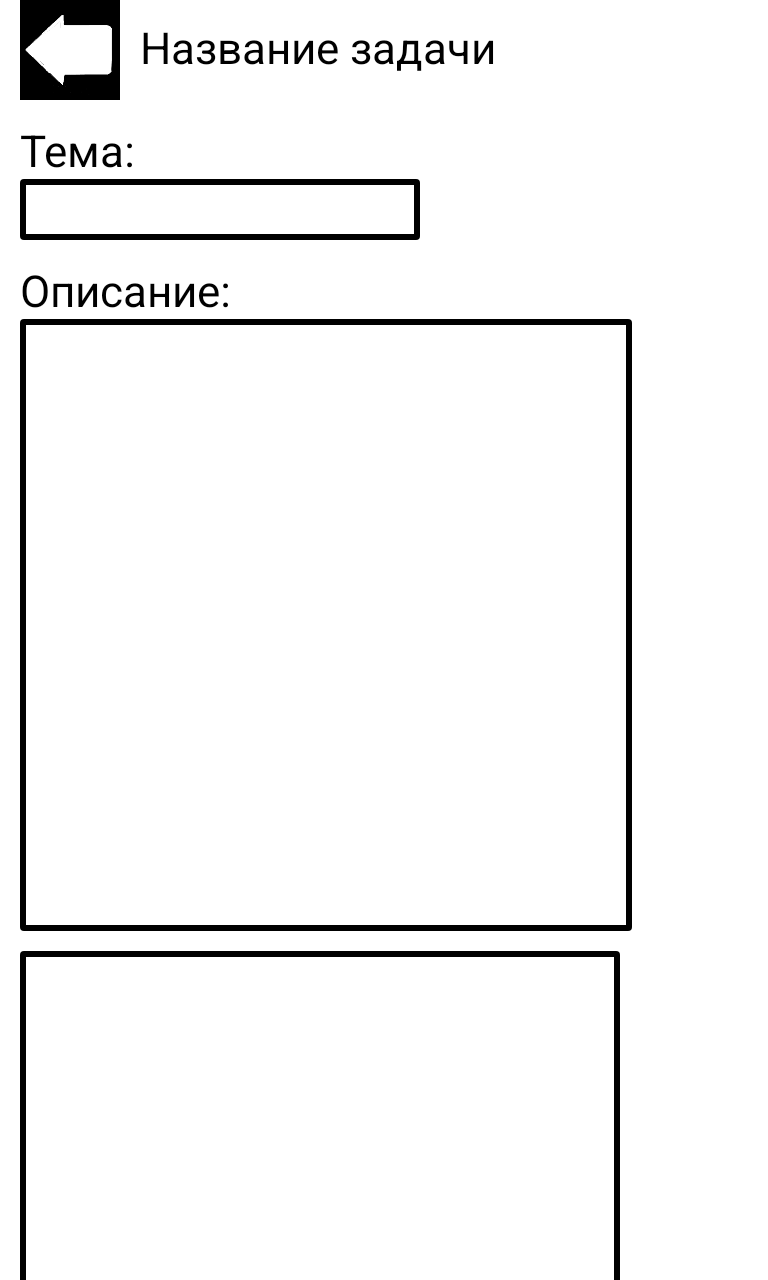
Repository: webguild/RedmineMobile
Layout: Android/RedmineAndroid/res/layout/project_add_task.xml
These files come from the project's save history. The layout is drawn as it stood at one moment and after a run of saves; the edit follows.
It is drawn on a 768 x 1280 px phone screen (xhdpi) without system bars, with theme AppTheme; the app's code is not run. Lists and similar views that code fills are empty.

Above is the layout before, as saved 2013-01-18 10:56:25.

### Android/RedmineAndroid/res/layout/project_add_task.xml
<?xml version="1.0" encoding="utf-8"?>
<LinearLayout xmlns:android="http://schemas.android.com/apk/res/android"
    android:layout_width="match_parent"
    android:layout_height="match_parent"
    android:orientation="vertical"
    android:paddingLeft="10dp" >


    <LinearLayout
        android:layout_width="match_parent"
        android:layout_height="wrap_content" >

        <Button
            android:id="@+id/button1"
            android:layout_width="50dp"
            android:layout_height="50dp"
            android:background="@drawable/backbutton" />

        <TextView
            android:id="@+id/textView1"
            android:layout_width="wrap_content"
            android:layout_height="wrap_content"
            android:layout_marginLeft="10dp"
            android:text="Название задачи"
            android:textAppearance="?android:attr/textAppearanceLarge" />

    </LinearLayout>

    <TextView
        android:id="@+id/textView2"
        android:layout_width="wrap_content"
        android:layout_height="wrap_content"
        android:layout_marginTop="10dp"
        android:text="Тема:"
        android:textAppearance="?android:attr/textAppearanceLarge" />

    <LinearLayout
        android:layout_width="410dp"
        android:layout_height="wrap_content" >

        <LinearLayout
            android:layout_width="200dp"
            android:layout_height="match_parent"
            android:layout_weight="0.00"
            android:background="@drawable/customborder" >

            <EditText
                android:id="@+id/editText2"
                android:layout_width="197dp"
                android:layout_height="wrap_content"
                android:layout_weight="0.03"
                android:background="#fff"
                android:maxLines="1" />

        </LinearLayout>

    </LinearLayout>

    <TextView
        android:id="@+id/textView3"
        android:layout_width="wrap_content"
        android:layout_height="wrap_content"
        android:layout_marginTop="10dp"
        android:text="Описание:"
        android:textAppearance="?android:attr/textAppearanceLarge" />

    <FrameLayout
        android:layout_width="wrap_content"
        android:layout_height="wrap_content"
        android:background="@drawable/customborder" >

        <EditText
            android:id="@+id/editText3"
            android:layout_width="300dp"
            android:layout_height="300dp"
            android:background="#fff"
            android:ems="10"
            android:gravity="top|left"
            android:inputType="textMultiLine"
            android:maxLines="30" />

    </FrameLayout>

    <LinearLayout
        android:layout_width="300dp"
        android:layout_height="500dp"
        android:layout_marginTop="10dp"
        android:background="@drawable/customborder" >

        <ListView
            android:id="@+id/listView1"
            android:layout_width="300dp"
            android:layout_height="500dp"
            android:background="#fff"
            android:scrollbars="vertical" >

        </ListView>

    </LinearLayout>

    <Button
        android:id="@+id/button2"
        android:layout_width="105dp"
        android:layout_height="50dp"
        android:layout_marginLeft="100dp"
        android:layout_marginTop="10dp"
        android:background="@drawable/darkgreybutton"
        android:text="Сохранить"
        android:textColor="#fff" />

</LinearLayout>

### Android/RedmineAndroid/res/drawable/customborder.xml
<?xml version="1.0" encoding="utf-8"?>
<shape xmlns:android="http://schemas.android.com/apk/res/android"
    android:shape="rectangle" >
   <corners android:radius="2dp"/>
   <padding android:left="3dp" android:right="3dp" android:top="3dp" android:bottom="3dp"/>
   <solid android:color="#000000"/>


</shape>

Loaded but not shown: Android/RedmineAndroid/res/values/styles.xml (common file); Android/RedmineAndroid/res/values-v11/styles.xml (common file)

After the next 2 saves:
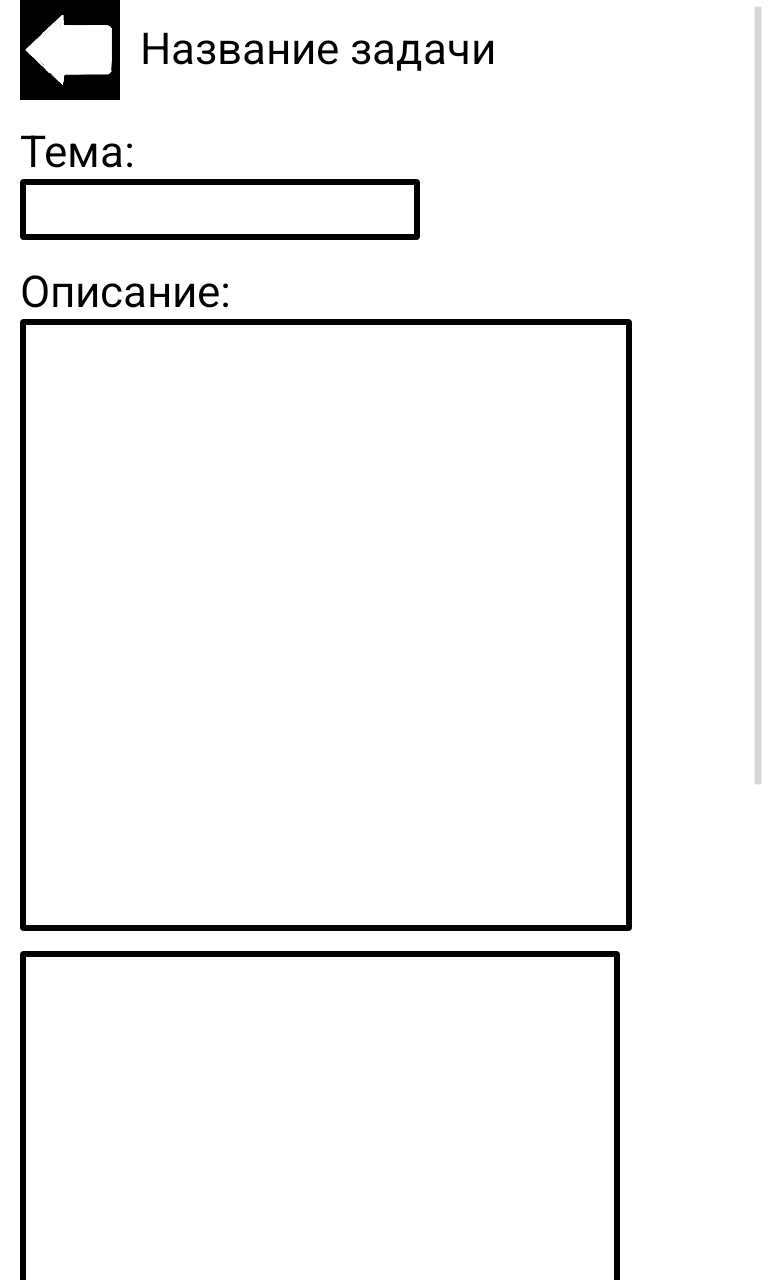
The 2 saves are shown as one change because 1 did not build or start.
The last was saved 50 min 7 s later.
--- a/Android/RedmineAndroid/res/layout/project_add_task.xml
+++ b/Android/RedmineAndroid/res/layout/project_add_task.xml
@@ -4,6 +4,16 @@
     android:layout_height="match_parent"
     android:orientation="vertical"
     android:paddingLeft="10dp" >
+
+<ScrollView
+    android:layout_width="fill_parent"
+    android:layout_height="wrap_content">
+
+ <LinearLayout
+    android:layout_width="fill_parent"
+    android:layout_height="wrap_content"
+    android:orientation="vertical">
+
 
 
     <LinearLayout
@@ -107,5 +117,6 @@
         android:background="@drawable/darkgreybutton"
         android:text="Сохранить"
         android:textColor="#fff" />
-
 </LinearLayout>
+</ScrollView>
+</LinearLayout>
